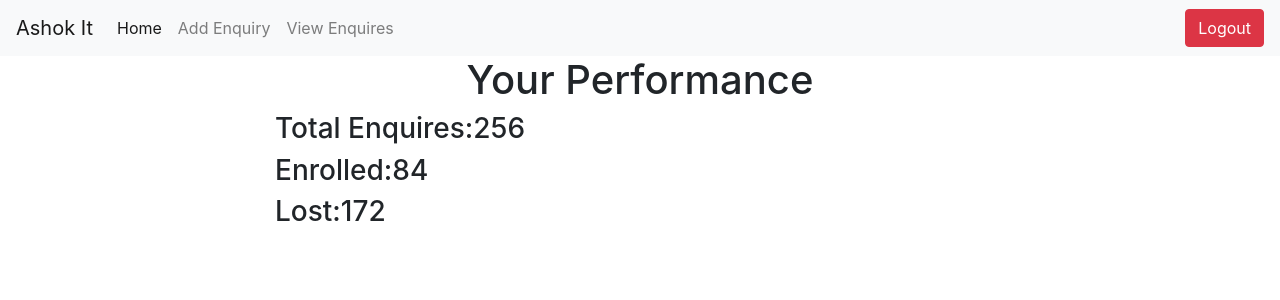
Repository: davidroshan/JRTP
Page: http://localhost/dashboard
The author's editor kept a copy of each file at every save. The page is drawn from the files as they stood at one save, then again after the next save.
The browser window is 1280 px wide. The pictures show the whole page.
The page is this project's Thymeleaf template; nobody is signed in. The template is opened directly, without the code that normally fills it, so the values that code supplies are empty.

Above is the page before, as saved 2023-04-25 16:52:30.

After the next save:
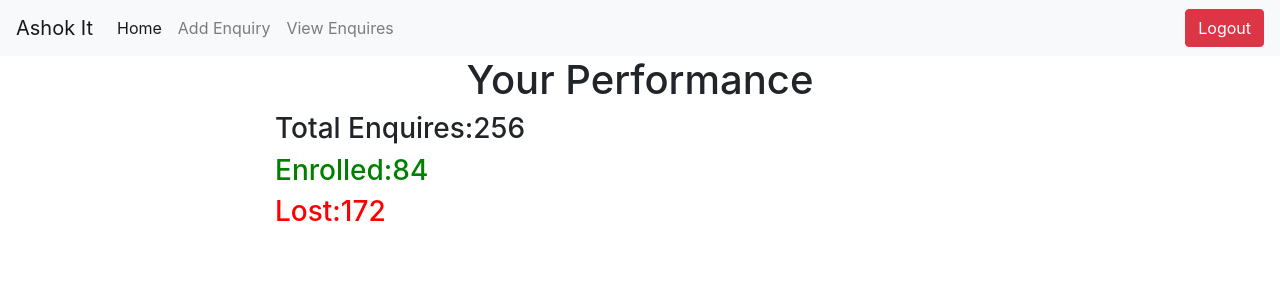
Saved 2 min 28 s later.
--- a/Front_Office_Team_Portal/src/main/resources/templates/dashboard.html
+++ b/Front_Office_Team_Portal/src/main/resources/templates/dashboard.html
@@ -50,8 +50,8 @@
 
                             <h1 class="text-center">Your Performance</h1>
                             <h3>Total Enquires:256</h3>
-                            <h3>Enrolled:84</h3>
-                            <h3>Lost:172</h3>
+                            <h3 style="color:green;">Enrolled:84</h3>
+                            <h3 style="color: red;">Lost:172</h3>
 
 
                    </div>
